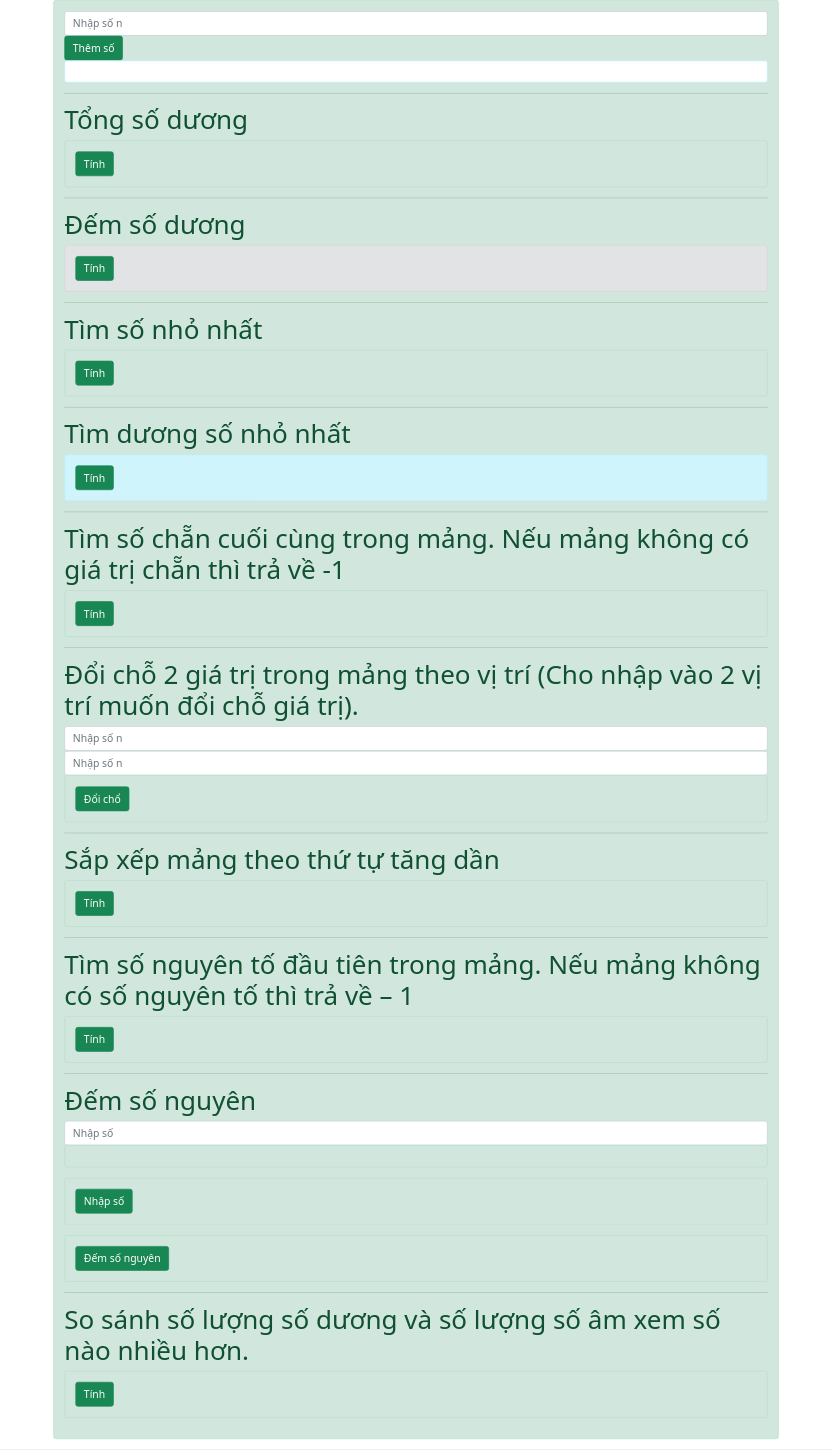
Repository: qkhanh1104k/Js-buoi7-8
Page: index.html
An editor plug-in stored every save of this project. The page is shown before and after the next save, followed by the edit.
The browser window is 1280 px wide. The pictures show the whole page, at 65% of full size.

Above is the page before, as saved 2022-07-27 19:13:18.

After the next save:
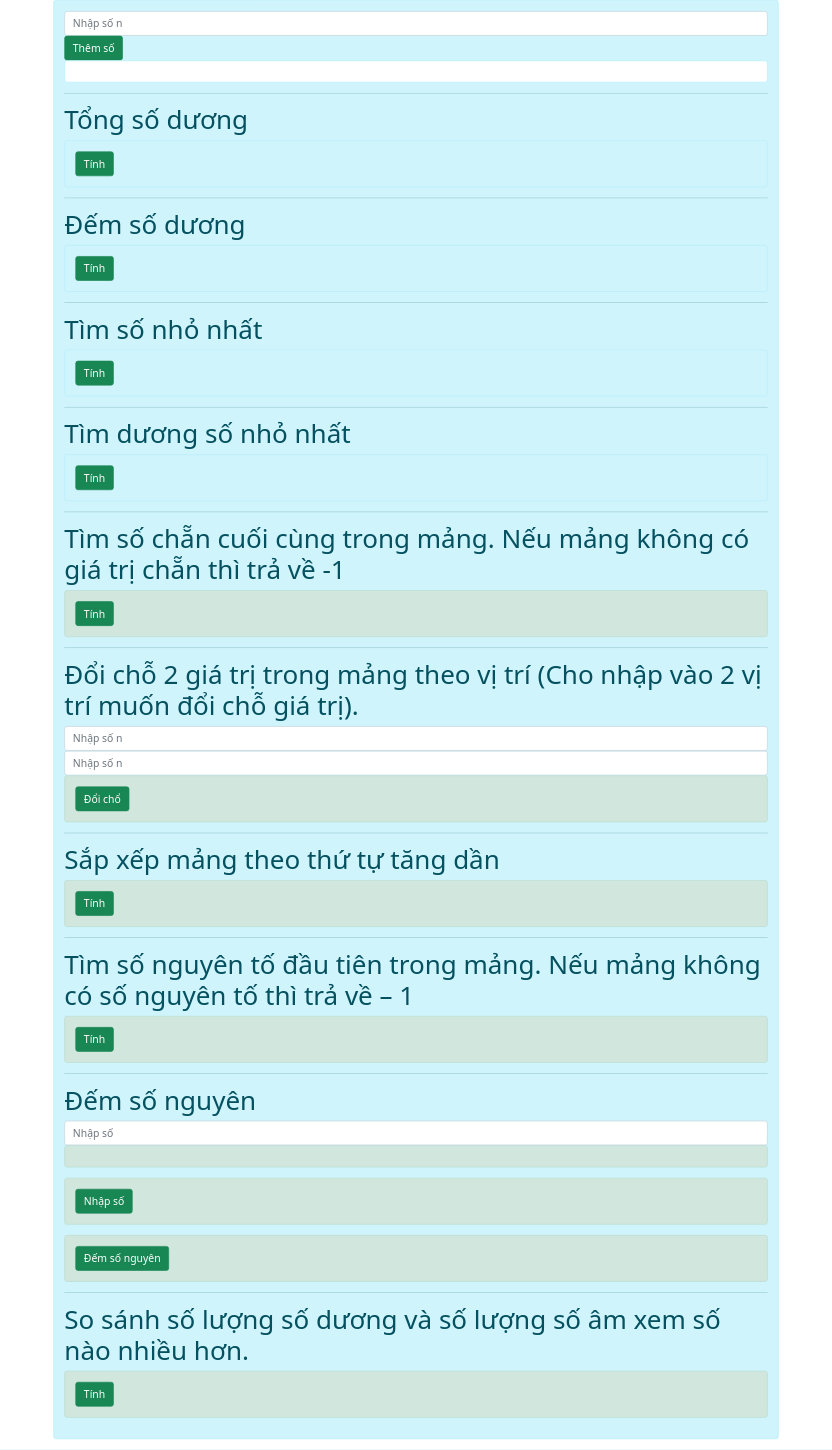
Saved 53 s later.
--- a/index.html
+++ b/index.html
@@ -14,8 +14,8 @@
   </head>
   <body>
     <div class="container">
-      <div class="align-content-center">
-        <div class="alert alert-success">
+      <div>
+        <div class="alert alert-info">
           <input
             type="text"
             placeholder="Nhập số n"
@@ -31,7 +31,7 @@
           <hr />
           <h1>Tổng số dương</h1>
           <div>
-            <div class="alert alert-success" id="resBt2">
+            <div class="alert alert-info" id="resBt2">
               <button class="btn btn-success" onclick="calcSumNegative()">
                 Tính
               </button>
@@ -40,7 +40,7 @@
           <hr />
           <h1>Đếm số dương</h1>
           <div>
-            <div class="alert alert-secondary" id="resBt3">
+            <div class="alert alert-info" id="resBt3">
               <button class="btn btn-success" onclick="calcCountNegative()">
                 Tính
               </button>
@@ -49,7 +49,7 @@
           <hr />
           <h1>Tìm số nhỏ nhất</h1>
           <div>
-            <div class="alert alert-success" id="resBt4">
+            <div class="alert alert-info" id="resBt4">
               <button class="btn btn-success" onclick="calcTheSmallest()">
                 Tính
               </button>

After the save that followed:
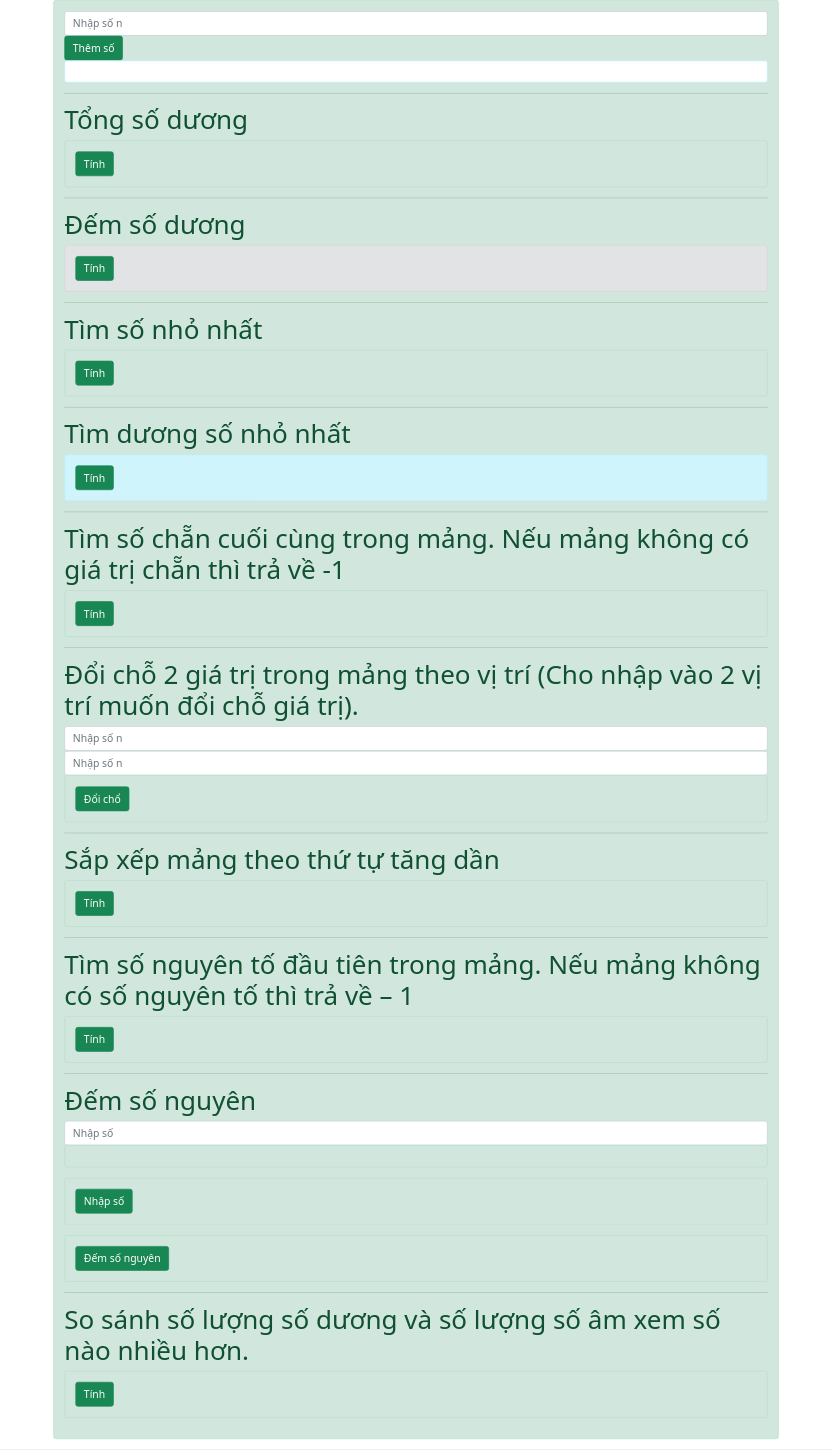
Saved 19 s later.
--- a/index.html
+++ b/index.html
@@ -15,7 +15,7 @@
   <body>
     <div class="container">
       <div>
-        <div class="alert alert-info">
+        <div class="alert alert-success">
           <input
             type="text"
             placeholder="Nhập số n"
@@ -31,7 +31,7 @@
           <hr />
           <h1>Tổng số dương</h1>
           <div>
-            <div class="alert alert-info" id="resBt2">
+            <div class="alert alert-success" id="resBt2">
               <button class="btn btn-success" onclick="calcSumNegative()">
                 Tính
               </button>
@@ -40,7 +40,7 @@
           <hr />
           <h1>Đếm số dương</h1>
           <div>
-            <div class="alert alert-info" id="resBt3">
+            <div class="alert alert-secondary" id="resBt3">
               <button class="btn btn-success" onclick="calcCountNegative()">
                 Tính
               </button>
@@ -49,7 +49,7 @@
           <hr />
           <h1>Tìm số nhỏ nhất</h1>
           <div>
-            <div class="alert alert-info" id="resBt4">
+            <div class="alert alert-success" id="resBt4">
               <button class="btn btn-success" onclick="calcTheSmallest()">
                 Tính
               </button>
